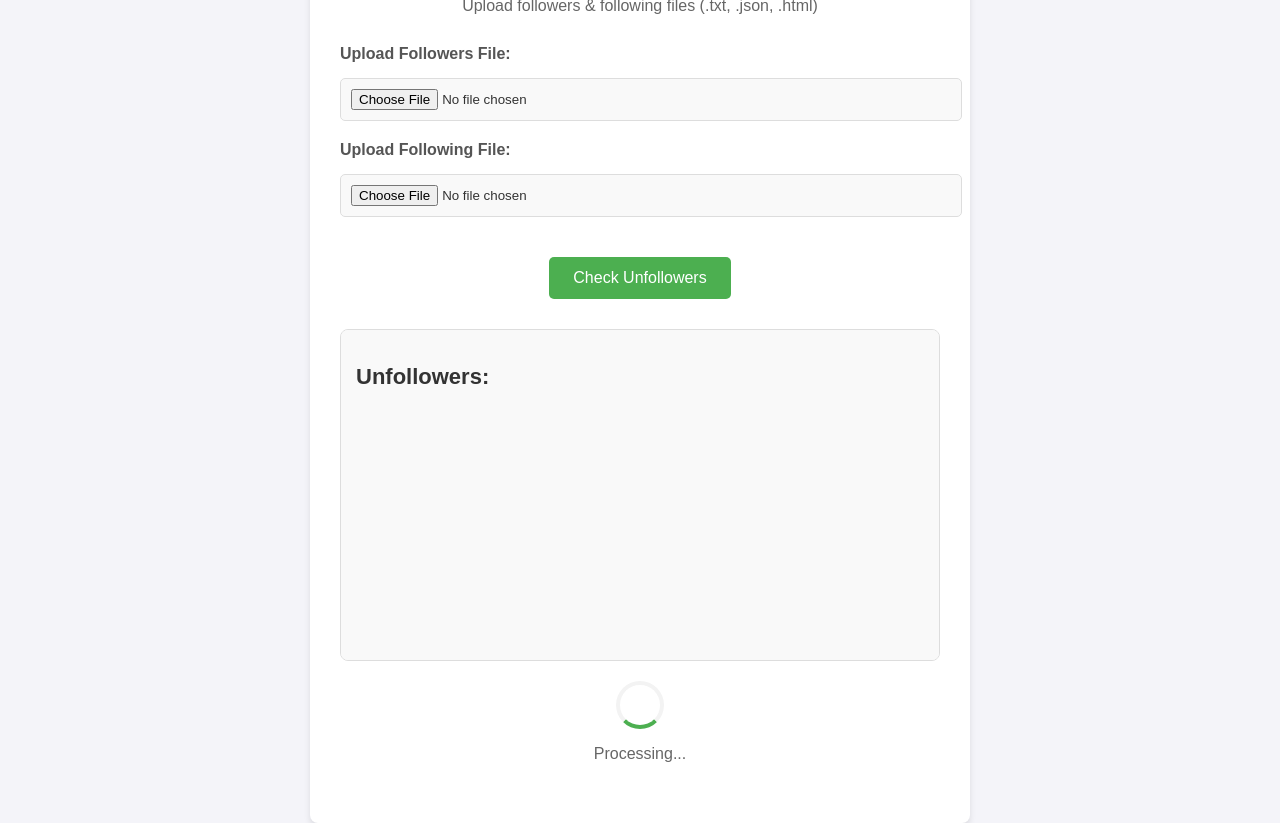
Repository: GiraldoNainggolan/IUC
Page: index.html
The author's editor kept a copy of each file at every save. The page is drawn from the files as they stood at one save, then again after the next save.
The browser window is 1280 px wide. The pictures show the whole page.
After loading, the first visible `#checkUnfollowers` was clicked once.

Above is the page before, as saved 2025-02-04 15:55:58.

After the next save:
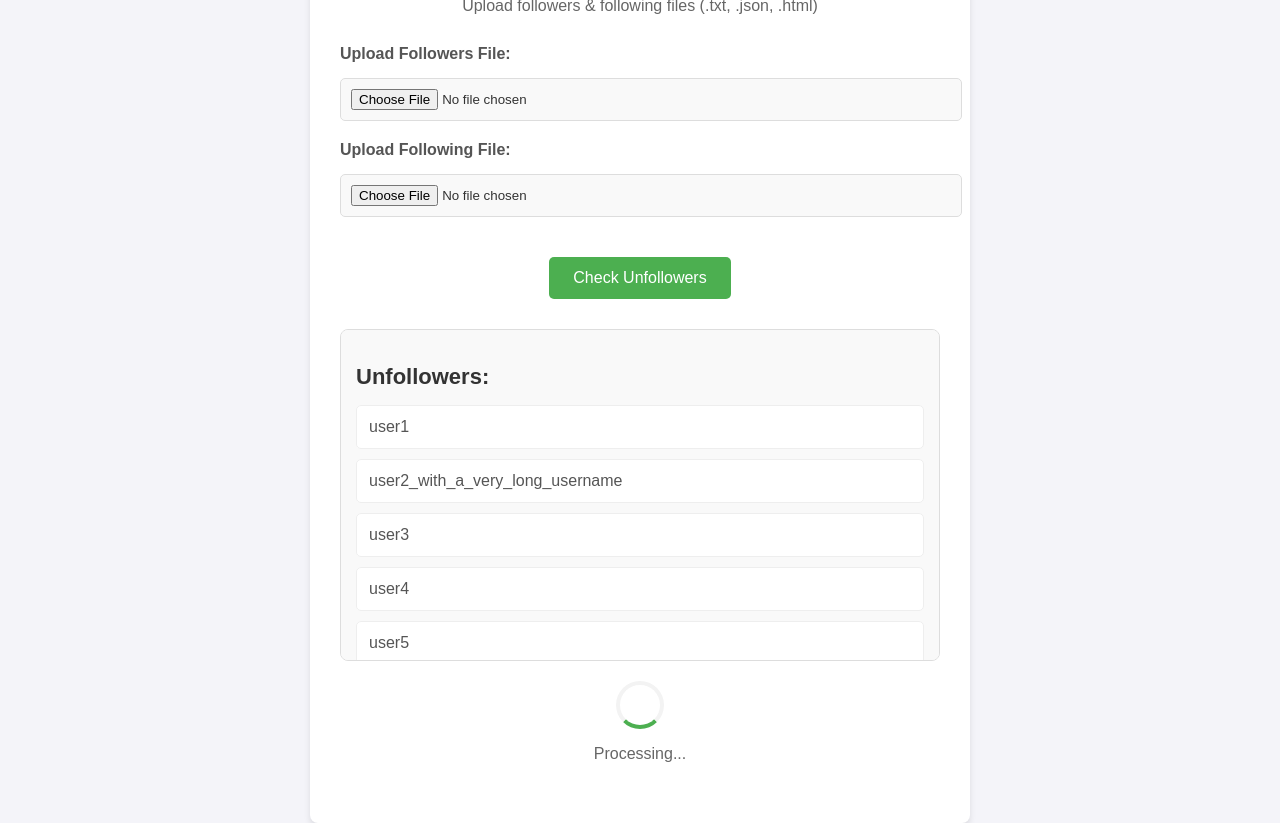
Saved 8 s later.
--- a/script.js
+++ b/script.js
@@ -92,3 +92,8 @@
         loading.style.display = 'none'; // Sembunyikan loading setelah selesai
     }, 2000); // Ganti dengan waktu proses yang sesuai
 });
+
+setTimeout(() => {
+    const unfollowersList = document.getElementById('unfollowersList');
+    unfollowersList.classList.add('show'); // Tambahkan class untuk animasi
+}, 2100); // Sesuaikan dengan waktu proses
